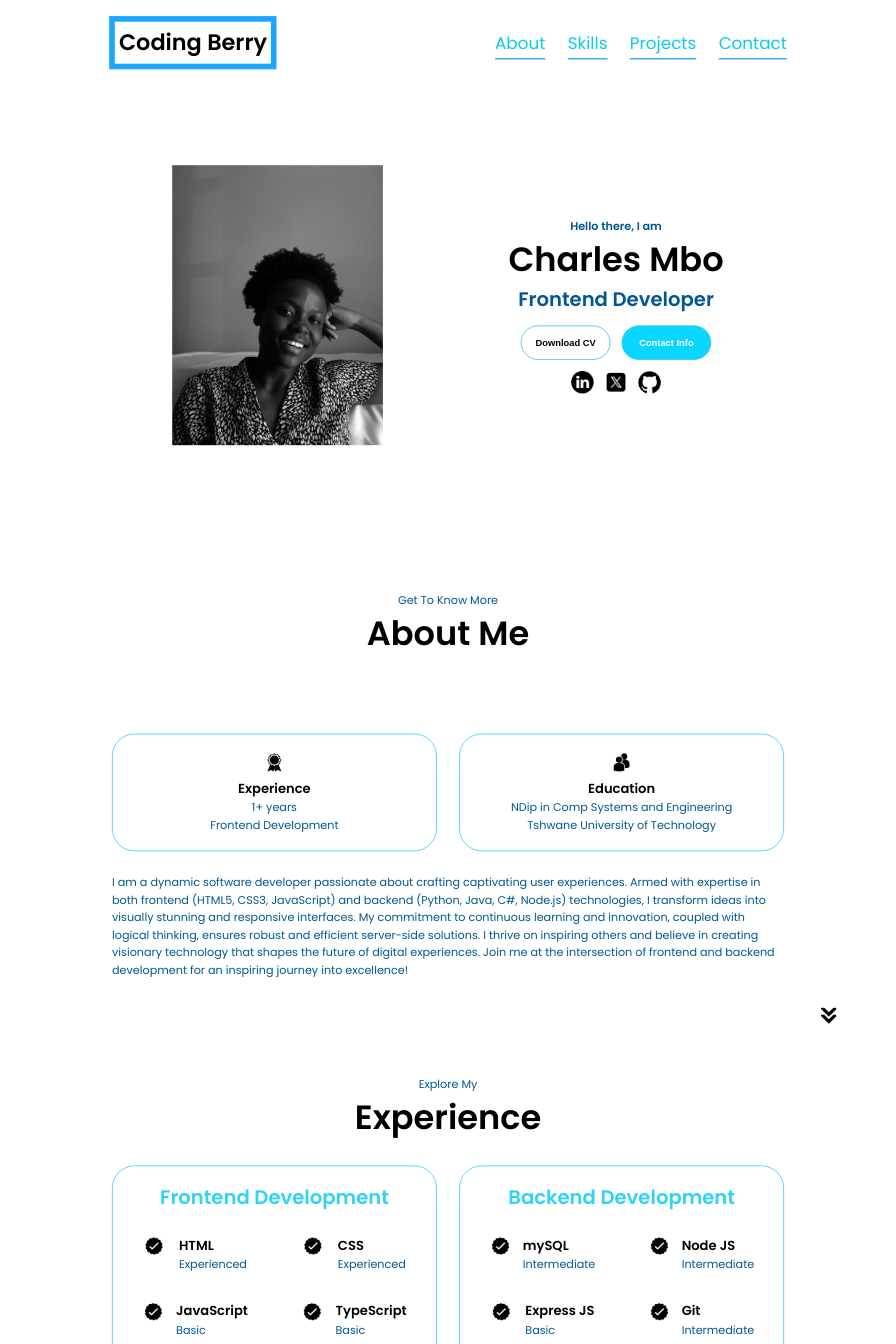
Repository: ntandomagana/FS-Dev-Portfolio
Page: index.html
An editor plug-in stored every save of this project. The page is shown before and after a run of saves, followed by the edit.
The browser window is 1280 px wide. The pictures show the part of the page from y = 0 to 1920 px (the page is 3177 px tall), at 70% of full size.

Above is the page before, as saved 2024-05-02 23:30:08.

### index.html
<!DOCTYPE html>
<html lang="en">
  <head>
    <meta charset="UTF-8" />
    <meta http-equiv="X-UA-Compatible" content="IE=edge" />
    <meta name="viewport" content="width=device-width, initial-scale=1.0" />
    <title>My Portfolio</title>
    <link rel="stylesheet" href="style.css" />
    <link rel="stylesheet" href="mediaqueries.css" />
  </head>
  <body>
    <nav id="desktop-nav">
      <div class="logo">Coding Berry</div>
      <div>
        <ul class="nav-links">
          <li><a href="#about">About</a></li>
          <li><a href="#experience">Skills</a></li>
          <li><a href="#projects">Projects</a></li>
          <li><a href="#contact">Contact</a></li>
        </ul>
      </div>
    </nav>
    <nav id="hamburger-nav">
      <div class="logo">Coding Berry</div>
      <div class="hamburger-menu">
        <div class="hamburger-icon" onclick="toggleMenu()">
          <span></span>
          <span></span>
          <span></span>
        </div>
        <div class="menu-links">
          <li><a href="#about" onclick="toggleMenu()">About</a></li>
          <li><a href="#experience" onclick="toggleMenu()">Skills</a></li>
          <li><a href="#projects" onclick="toggleMenu()">Projects</a></li>
          <li><a href="#contact" onclick="toggleMenu()">Contact</a></li>
        </div>
      </div>
    </nav>
    <section id="profile">
      <div class="section__pic-container">
        <img src="./assets/bwpp.jpg" alt="profile picture" />
      </div>
      <div class="section__text">
        <p class="section__text__p1">Hello there, I am</p>

        <h1 class="title"><span id="typed-text"></span></h1>

        <p class="section__text__p2">Frontend Developer</p>
        <div class="btn-container">
          <button
            class="btn btn-color-2"
            onclick="window.open('./assets/NP Magana - Web Developer.pdf')"
          >
            Download CV
          </button>
          <button class="btn btn-color-1" onclick="location.href='./#contact'">
            Contact Info
          </button>
        </div>
        <div id="socials-container">
          <img
            src="./assets/linkedin.png"
            alt="My LinkedIn profile"
            class="icon"
            onclick="location.href='https://www.linkedin.com/in/ntandoyenkosi-magana-/'"
          />

          <img
            src="./assets/icons8-twitterx-50.png"
            alt="My Github profile"
            class="icon"
            onclick="location.href='https://twitter.com/Sir_M_Charles'"
          />
          <img
            src="./assets/github.png"
            alt="My Github profile"
            class="icon"
            onclick="location.href='https://github.com/ntandomagana'"
          />
        </div>
      </div>
    </section>
    <section id="about">
      <p class="section__text__p1">Get To Know More</p>
      <h1 class="title">About Me</h1>
      <div class="section-container">
        <div class="about-details-container">
          <div class="about-containers">
            <div class="details-container">
              <img
                src="./assets/experience.png"
                alt="Experience icon"
                class="icon"
              />
              <h3>Experience</h3>
              <p>1+ years <br />Frontend Development</p>
            </div>
            <div class="details-container">
              <img
                src="./assets/education.png"
                alt="Education icon"
                class="icon"
              />
              <h3>Education</h3>
              <p>
                NDip in Comp Systems and Engineering <br />Tshwane University of
                Technology
              </p>
            </div>
          </div>
          <div class="text-container">
            <p>
              I am a dynamic software developer passionate about crafting
              captivating user experiences. Armed with expertise in both
              frontend (HTML5, CSS3, JavaScript) and backend (Python, Java, C#,
              Node.js) technologies, I transform ideas into visually stunning
              and responsive interfaces. My commitment to continuous learning
              and innovation, coupled with logical thinking, ensures robust and
              efficient server-side solutions. I thrive on inspiring others and
              believe in creating visionary technology that shapes the future of
              digital experiences. Join me at the intersection of frontend and
              backend development for an inspiring journey into excellence!
            </p>
          </div>
        </div>
      </div>
      <img
        src="./assets/arrow.png"
        alt="Arrow icon"
        class="icon arrow"
        onclick="location.href='./#experience'"
      />
    </section>
    <section id="experience">
      <p class="section__text__p1">Explore My</p>
      <h1 class="title">Experience</h1>
      <div class="experience-details-container">
        <div class="about-containers">
          <div class="details-container">
            <h2 class="experience-sub-title">Frontend Development</h2>
            <div class="article-container">
              <article>
                <img
                  src="./assets/checkmark.png"
                  alt="Experience icon"
                  class="icon"
                />
                <div>
                  <h3>HTML</h3>
                  <p>Experienced</p>
                </div>
              </article>
              <article>
                <img
                  src="./assets/checkmark.png"
                  alt="Experience icon"
                  class="icon"
                />
                <div>
                  <h3>CSS</h3>
                  <p>Experienced</p>
                </div>
              </article>
              <article>
                <img
                  src="./assets/checkmark.png"
                  alt="Experience icon"
                  class="icon"
                />
                <div>
                  <h3>JavaScript</h3>
                  <p>Basic</p>
                </div>
              </article>
              <article>
                <img
                  src="./assets/checkmark.png"
                  alt="Experience icon"
                  class="icon"
                />
                <div>
                  <h3>TypeScript</h3>
                  <p>Basic</p>
                </div>
              </article>
              <article></article>
            </div>
          </div>
          <div class="details-container">
            <h2 class="experience-sub-title">Backend Development</h2>
            <div class="article-container">
              <article>
                <img
                  src="./assets/checkmark.png"
                  alt="Experience icon"
                  class="icon"
                />
                <div>
                  <h3>mySQL</h3>
                  <p>Intermediate</p>
                </div>
              </article>
              <article>
                <img
                  src="./assets/checkmark.png"
                  alt="Experience icon"
                  class="icon"
                />
                <div>
                  <h3>Node JS</h3>
                  <p>Intermediate</p>
                </div>
              </article>
              <article>
                <img
                  src="./assets/checkmark.png"
                  alt="Experience icon"
                  class="icon"
                />
                <div>
                  <h3>Express JS</h3>
                  <p>Basic</p>
                </div>
              </article>
              <article>
                <img
                  src="./assets/checkmark.png"
                  alt="Experience icon"
                  class="icon"
                />
                <div>
                  <h3>Git</h3>
                  <p>Intermediate</p>
                </div>
              </article>
            </div>
          </div>
        </div>
      </div>
      <img
        src="./assets/arrow.png"
        alt="Arrow icon"
        class="icon arrow"
        onclick="location.href='./#projects'"
      />
    </section>
    <section id="projects">
      <p class="section__text__p1">View My Recent</p>
      <h1 class="title">Projects</h1>
      <div class="experience-details-container">
        <div class="about-containers">
          <div class="details-container color-container">
            <div class="article-container">
              <img
                src="./assets/coming soon.jpg"
                alt="Project 1"
                class="project-img"
              />
            </div>
            <h2 class="experience-sub-title project-title">Project One</h2>
            <div class="btn-container">
              <button
                class="btn btn-color-2 project-btn"
                onclick="location.href='https://github.com/'"
              >
                Github
              </button>
            </div>
          </div>
          <div class="details-container color-container">
            <div class="article-container">
              <img
                src="./assets/coming soon.jpg"
                alt="Project 2"
                class="project-img"
              />
            </div>
            <h2 class="experience-sub-title project-title">Project Two</h2>
            <div class="btn-container">
              <button
                class="btn btn-color-2 project-btn"
                onclick="location.href='https://github.com/'"
              >
                Github
              </button>
            </div>
          </div>
          <div class="details-container color-container">
            <div class="article-container">
              <img
                src="./assets/coming soon.jpg"
                alt="Project 3"
                class="project-img"
              />
            </div>
            <h2 class="experience-sub-title project-title">Project Three</h2>
            <div class="btn-container">
              <button
                class="btn btn-color-2 project-btn"
                onclick="location.href='https://github.com/'"
              >
                Github
              </button>
            </div>
          </div>
        </div>
      </div>
      <img
        src="./assets/arrow.png"
        alt="Arrow icon"
        class="icon arrow"
        onclick="location.href='./#contact'"
      />
    </section>
    <section id="contact">
      <p class="section__text__p1">Get in Touch</p>
      <h1 class="title">Contact Me</h1>
      <div class="contact-info-upper-container">
        <div class="contact-info-container">
          <img
            src="./assets/email.png"
            alt="Email icon"
            class="icon contact-icon email-icon"
          />
          <p>
            <a href="mailto:ntandomagana@gmail.com">ntandomagana@gmail.com</a>
          </p>
        </div>
        <div class="contact-info-container">
          <img
            src="./assets/linkedin.png"
            alt="LinkedIn icon"
            class="icon contact-icon"
          />
          <p><a href="https://www.linkedin.com">LinkedIn</a></p>
        </div>
      </div>
    </section>
    <footer>
      <nav>
        <div class="nav-links-container">
          <ul class="nav-links">
            <li><a href="#about">About</a></li>
            <li><a href="#experience">Skills</a></li>
            <li><a href="#projects">Projects</a></li>
            <li><a href="#contact">Contact</a></li>
          </ul>
        </div>
      </nav>
      <p>Copyright &#169; 2023 Ntando Magana. All Rights Reserved.</p>
    </footer>
    <script src="script.js"></script>
  </body>
</html>

### style.css
@import url("https://fonts.googleapis.com/css2?family=Poppins:wght@300;400;500;600&display=swap");

* {
  margin: 0;
  padding: 0;
}

body {
  font-family: "Poppins", sans-serif;
}

html {
  scroll-behavior: smooth;
}

p {
  color: #005792;
}

section {
  margin-bottom: 2px;
}

a,
.btn {
  transition: all 300ms ease;
}

nav,
.nav-links {
  display: flex;
}

nav {
  justify-content: space-around;
  align-items: center;
  height: 17vh;
}

.nav-links {
  gap: 2rem;
  list-style-type: none;
  font-size: 1.5rem;
}

a {
  color: rgb(11, 202, 240);
  text-decoration: underline;
  text-underline-offset: 0.8rem;
  text-decoration-color: rgb(51, 169, 237);
}

.logo {
  font-size: 2rem;
}

.logo:hover {
  cursor: default;
}

#hamburger-nav {
  display: none;
}

.hamburger-menu {
  position: relative;
  display: inline-block;
}

.hamburger-icon {
  display: flex;
  flex-direction: column;
  justify-content: space-between;
  height: 24px;
  width: 30px;
  cursor: pointer;
}

.hamburger-icon span {
  width: 100%;
  height: 2px;
  background-color: rgb(9, 255, 255);
  transition: all 0.3 ease-in-out;
}

.menu-links {
  position: absolute;
  top: 100%;
  right: 0;
  background-color: white;
  width: fit-content;
  max-height: 0;
  overflow: hidden;
  transition: all 0.3 ease-in-out;
}

.menu-links a {
  display: block;
  padding: 10px;
  text-align: center;
  font-size: 1.5rem;
  color: rgb(15, 224, 231);
  text-decoration: none;
  transition: all 0.3 ease-in-out;
}

.menu-links li {
  list-style-type: none;
}

.menu-links.open {
  max-height: 300px;
}

.hamburger-icon.open span:first-child {
  transform: rotate(45deg) translate(10px, 5px);
}

.hamburger-icon.open span:nth-child(2) {
  opacity: 0;
}

.hamburger-icon.open span:last-child {
  transform: rotate(-45deg) translate(10px, -5px);
}

.hamburger-icon span:first-child {
  transform: none;
}

.hamburger-icon span:first-child {
  opacity: 1;
}

.hamburger-icon span:first-child {
  transform: none;
}

section {
  padding-top: 4vh;
  height: 96vh;
  margin: 0 10rem;
  box-sizing: border-box;
  min-height: fit-content;
}

.section-container {
  display: flex;
}

#profile {
  display: flex;
  justify-content: center;
  gap: 5rem;
  height: 80vh;
}

.section__pic-container {
  display: flex;
  height: 400px;
  width: 400px;
  margin: auto 0;
}

.section__text {
  align-self: center;
  text-align: center;
}

.section__text p {
  font-weight: 600;
}

.section__text__p1 {
  text-align: center;
}

.section__text__p2 {
  font-size: 1.75rem;
  margin-bottom: 1rem;
}

.title {
  font-size: 3rem;
  text-align: center;
}

#socials-container {
  display: flex;
  justify-content: center;
  margin-top: 1rem;
  gap: 1rem;
}

.icon {
  cursor: pointer;
  height: 2rem;
}

/* BUTTONS */

.btn-container {
  display: flex;
  justify-content: center;
  gap: 1rem;
}

.btn {
  font-weight: 600;
  transition: all 300ms ease;
  padding: 1rem;
  width: 8rem;
  border-radius: 2rem;
}

.btn-color-1,
.btn-color-2 {
  border: rgb(43, 182, 241) 0.1rem solid;
}

.btn-color-1:hover,
.btn-color-2:hover {
  cursor: pointer;
}

.btn-color-1,
.btn-color-2:hover {
  background: rgb(11, 214, 255);
  color: white;
}

.btn-color-1:hover {
  background: rgb(83, 215, 232);
}

.btn-color-2 {
  background: none;
}

.btn-color-2:hover {
  border: rgb(26, 210, 243) 0.2rem solid;
}

.btn-container {
  gap: 1rem;
}

/* ABOUT SECTION */

#about {
  position: relative;
}

.about-containers {
  gap: 2rem;
  margin-bottom: 2rem;
  margin-top: 2rem;
}

.about-details-container {
  justify-content: center;
  flex-direction: column;
}

.about-containers,
.about-details-container {
  display: flex;
}

.arrow {
  position: absolute;
  right: -5rem;
  bottom: 2.5rem;
}

.details-container {
  padding: 1.5rem;
  flex: 1;
  background: white;
  border-radius: 2rem;
  border: rgb(34, 174, 239) 0.1rem solid;
  border-color: rgb(28, 197, 249);
  text-align: center;
}

.section-container {
  gap: 4rem;
  height: 80%;
}

.section__pic-container {
  height: 400px;
  width: 400px;
  margin: auto 0;
}

/* EXPERIENCE SECTION */

#experience {
  position: relative;
}

.experience-sub-title {
  color: rgb(48, 210, 246);
  font-weight: 600;
  font-size: 1.75rem;
  margin-bottom: 2rem;
}

.experience-details-container {
  display: flex;
  justify-content: center;
  flex-direction: column;
}

.article-container {
  display: flex;
  text-align: initial;
  flex-wrap: wrap;
  flex-direction: row;
  gap: 2.5rem;
  justify-content: space-around;
}

article {
  display: flex;
  width: 10rem;
  justify-content: space-around;
  gap: 0.5rem;
}

article .icon {
  cursor: default;
}

/* PROJECTS SECTION */

#projects {
  position: relative;
}

.color-container {
  border-color: rgb(21, 220, 255);
  background: rgb(250, 250, 250);
}

.project-img {
  border-radius: 2rem;
  width: 90%;
  height: 90%;
}

.project-title {
  margin: 1rem;
  color: #00bbf0;
}

.project-btn {
  color: #00bbf0;
  border-color: rgb(18, 217, 252);
}

/* CONTACT */

#contact {
  display: flex;
  justify-content: center;
  flex-direction: column;
  height: 70vh;
}

.contact-info-upper-container {
  display: flex;
  justify-content: center;
  border-radius: 2rem;
  border: rgb(16, 220, 242) 0.1rem solid;
  border-color: rgb(19, 211, 250);
  background: (250, 250, 250);
  margin: 2rem auto;
  padding: 0.5rem;
}

.contact-info-container {
  display: flex;
  align-items: center;
  justify-content: center;
  gap: 0.5rem;
  margin: 1rem;
}

.contact-info-container p {
  font-size: larger;
}

.contact-icon {
  cursor: default;
}

.email-icon {
  height: 2.5rem;
}

footer {
  height: 26vh;
  margin: 0 1rem;
}

footer p {
  text-align: center;
}

/* Add this CSS to your existing style.css or create a new style tag in the head of your HTML */

/* Bold, underline, and bubble effect for the logo */
.logo {
  font-weight: bold;
  text-decoration: wavy;
  display: inline-block;
  position: relative;
  border: 8px solid #1ea5ff; /* Adjust the border thickness and color as needed */
  padding: 6px; /* Adjust the padding as needed */
}

.logo::after {
  content: "";
  position: absolute;
  width: 100%;
  height: 0;
  bottom: 0;
  left: 0;
  opacity: 0;
  border-bottom: 2px solid #fff;
  animation: bubble 0.5s infinite ease-in-out;
}

@keyframes bubble {
  0% {
    height: 0;
    opacity: 0;
  }
  50% {
    height: 100%;
    opacity: 1;
  }
  100% {
    height: 0;
    opacity: 0;
  }
}

### mediaqueries.css
@media screen and (max-width: 1400px) {
  #profile {
    height: 83vh;
    margin-bottom: 6rem;
  }
  .about-containers {
    flex-wrap: wrap;
  }
  #contact,
  #projects {
    height: fit-content;
  }
}

@media screen and (max-width: 1200px) {
  #desktop-nav {
    display: none;
  }
  #hamburger-nav {
    display: flex;
  }
  #experience,
  .experience-details-container {
    margin-top: 2rem;
  }
  #profile,
  .section-container {
    display: block;
  }
  .arrow {
    display: none;
  }
  section,
  .section-container {
    height: fit-content;
  }
  section {
    margin: 0 5%;
  }
  .section__pic-container {
    width: 275px;
    height: 275px;
    margin: 0 auto 2rem;
  }
  .about-containers {
    margin-top: 0;
  }
}

@media screen and (max-width: 600px) {
  #contact,
  footer {
    height: 40vh;
  }
  #profile {
    height: 83vh;
    margin-bottom: 0;
  }
  article {
    font-size: 1rem;
  }
  footer nav {
    height: fit-content;
    margin-bottom: 2rem;
  }
  .about-containers,
  .contact-info-upper-container,
  .btn-container {
    flex-wrap: wrap;
  }
  .contact-info-container {
    margin: 0;
  }
  .contact-info-container p,
  .nav-links li a {
    font-size: 1rem;
  }
  .experience-sub-title {
    font-size: 1.25rem;
  }
  .logo {
    font-size: 1.5rem;
  }
  .nav-links {
    flex-direction: column;
    gap: 0.5rem;
    text-align: center;
  }
  .section__pic-container {
    width: auto;
    height: 46vw;
    justify-content: center;
  }
  .section__text__p2 {
    font-size: 1.25rem;
  }
  .title {
    font-size: 2rem;
  }
  .text-container {
    text-align: justify;
  }
}

### script.js
function toggleMenu() {
  const menu = document.querySelector(".menu-links");
  const icon = document.querySelector(".hamburger-icon");
  menu.classList.toggle("open");
  icon.classList.toggle("open");
}

// JavaScript for looped typing effect
const typedText = document.getElementById("typed-text");
const textToType = "Charles Mbonani";

function typeText() {
  let index = 0;

  function type() {
    if (index < textToType.length) {
      typedText.innerHTML += textToType.charAt(index);
      index++;
      setTimeout(type, 500); // Adjust typing speed (milliseconds)
    } else {
      setTimeout(erase, 1000); // Wait before erasing
    }
  }

  function erase() {
    if (typedText.innerHTML.length > 0) {
      typedText.innerHTML = typedText.innerHTML.slice(0, -1);
      setTimeout(erase, 500); // Adjust erasing speed (milliseconds)
    } else {
      index = 0; // Reset index for the next typing cycle
      setTimeout(type, 500); // Wait before typing again
    }
  }

  type(); // Start typing
}

// Call the typing function when the page loads
window.onload = typeText;

After the next 4 saves:
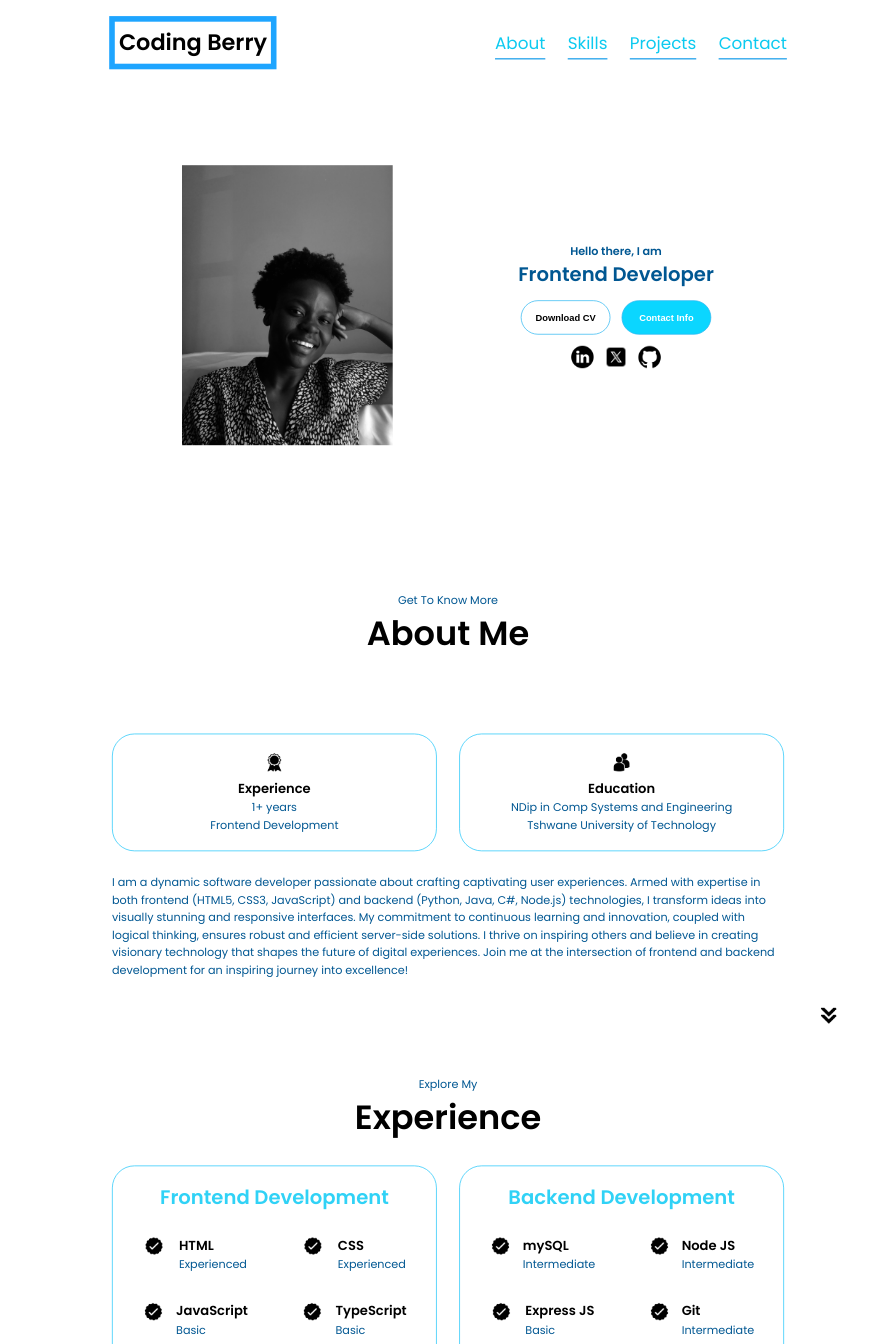
Console error: SyntaxError: Unexpected identifier 'menu'
The 4 saves are shown as one change because they came seconds apart.
The last was saved 38 h 31 min later.
--- a/script.js
+++ b/script.js
@@ -1,39 +1,3 @@
 function toggleMenu() {
-  const menu = document.querySelector(".menu-links");
-  const icon = document.querySelector(".hamburger-icon");
-  menu.classList.toggle("open");
-  icon.classList.toggle("open");
+    cons menu
 }
-
-// JavaScript for looped typing effect
-const typedText = document.getElementById("typed-text");
-const textToType = "Charles Mbonani";
-
-function typeText() {
-  let index = 0;
-
-  function type() {
-    if (index < textToType.length) {
-      typedText.innerHTML += textToType.charAt(index);
-      index++;
-      setTimeout(type, 500); // Adjust typing speed (milliseconds)
-    } else {
-      setTimeout(erase, 1000); // Wait before erasing
-    }
-  }
-
-  function erase() {
-    if (typedText.innerHTML.length > 0) {
-      typedText.innerHTML = typedText.innerHTML.slice(0, -1);
-      setTimeout(erase, 500); // Adjust erasing speed (milliseconds)
-    } else {
-      index = 0; // Reset index for the next typing cycle
-      setTimeout(type, 500); // Wait before typing again
-    }
-  }
-
-  type(); // Start typing
-}
-
-// Call the typing function when the page loads
-window.onload = typeText;
